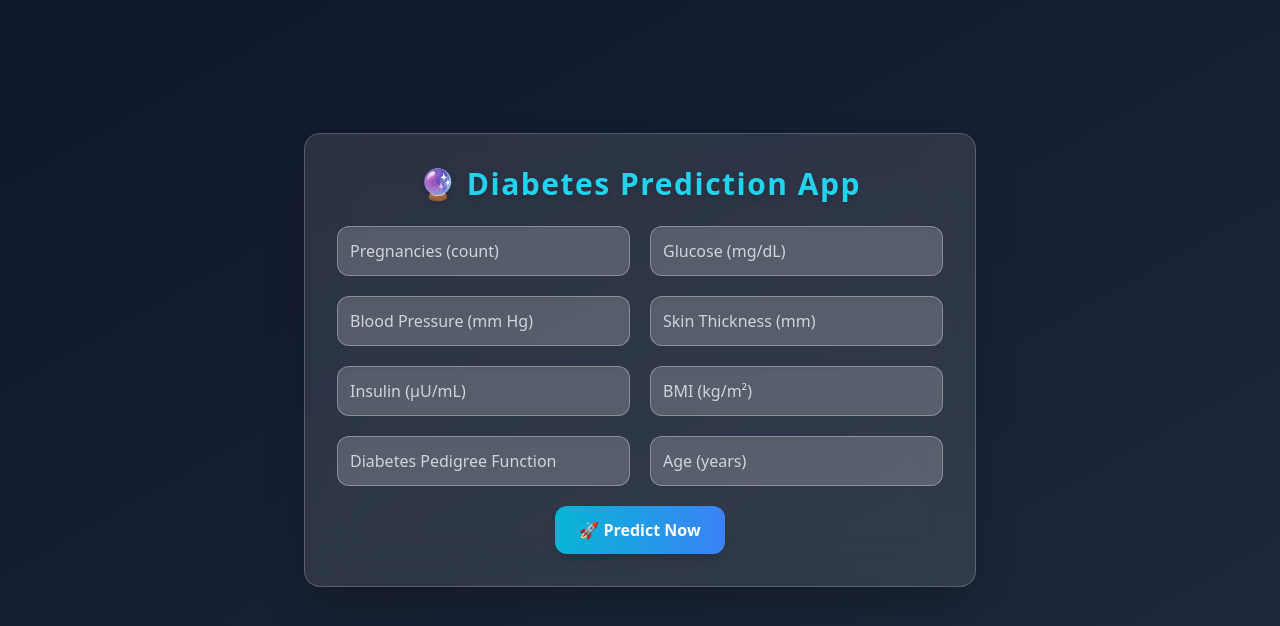
Repository: wahibkhannn/pima-diabetes-app
Page: / (app in frontend/)
An editor plug-in stored every save of this project. The page is shown before and after the next save, followed by the edit.
The browser window is 1280 px wide. The pictures show the whole page.
The project was rebuilt for these pictures with package versions that can differ from the ones it lists, and the page was loaded fresh each time.

Above is the page before, as saved 2025-06-30 20:28:44.

### frontend/public/index.html
<!DOCTYPE html>
<html lang="en">
  <head>
    <meta charset="utf-8" />
    <link rel="icon" href="%PUBLIC_URL%/favicon.ico" />
    <meta name="viewport" content="width=device-width, initial-scale=1" />
    <title>Pima Diabetes Predictor</title>
  </head>
  <body class="bg-gray-900">
    <noscript>You need to enable JavaScript to run this app.</noscript>
    <div id="root"></div>
  </body>
</html>

### frontend/src/index.css
@tailwind base;
@tailwind components;
@tailwind utilities;

body {
  font-family: 'Segoe UI', sans-serif;
}

### frontend/src/App.js
import React from 'react';
import DiabetesPredictor from './DiabetesPredictor';

function App() {
  return <DiabetesPredictor />;
}

export default App;

### frontend/src/DiabetesPredictor.js
import React, { useState } from 'react';
import axios from 'axios';

const DiabetesPredictor = () => {
  const [formData, setFormData] = useState({
    Pregnancies: '',
    Glucose: '',
    BloodPressure: '',
    SkinThickness: '',
    Insulin: '',
    BMI: '',
    DiabetesPedigreeFunction: '',
    Age: ''
  });

  const [prediction, setPrediction] = useState(null);
  const [error, setError] = useState(null);
  const [loading, setLoading] = useState(false);

  const handleChange = (e) => {
    setFormData({ ...formData, [e.target.name]: e.target.value });
  };

  const handleSubmit = async (e) => {
    e.preventDefault();
    setLoading(true);
    setPrediction(null);
    setError(null);

    try {
      const cleanedData = Object.fromEntries(
        Object.entries(formData).map(([key, val]) => [key, parseFloat(val)])
      );
      const response = await axios.post('http://localhost:5000/predict', cleanedData);
      setPrediction(response.data.prediction);
    } catch (err) {
      setError(err.response?.data?.error || 'Prediction failed.');
      console.error(err);
    } finally {
      setLoading(false);
    }
  };

  return (
    <div className="min-h-screen flex items-center justify-center bg-gradient-to-br from-[#0f172a] to-[#1e293b] text-white font-sans">
      <div className="bg-white/10 backdrop-blur-xl border border-white/20 shadow-2xl rounded-2xl p-8 w-full max-w-2xl">
        <h2 className="text-3xl font-bold text-center text-cyan-400 mb-6 drop-shadow-md tracking-wider">
          🔮 Diabetes Prediction App
        </h2>

        <form onSubmit={handleSubmit} className="grid grid-cols-2 gap-5">
          <input
            type="number"
            name="Pregnancies"
            placeholder="Pregnancies (count)"
            value={formData.Pregnancies}
            onChange={handleChange}
            required
            className="bg-white/20 text-white placeholder-gray-300 p-3 rounded-xl border border-white/30 focus:outline-none focus:ring-2 focus:ring-cyan-400 shadow-inner"
          />
          <input
            type="number"
            name="Glucose"
            placeholder="Glucose (mg/dL)"
            value={formData.Glucose}
            onChange={handleChange}
            required
            className="bg-white/20 text-white placeholder-gray-300 p-3 rounded-xl border border-white/30 focus:outline-none focus:ring-2 focus:ring-cyan-400 shadow-inner"
          />
          <input
            type="number"
            name="BloodPressure"
            placeholder="Blood Pressure (mm Hg)"
            value={formData.BloodPressure}
            onChange={handleChange}
            required
            className="bg-white/20 text-white placeholder-gray-300 p-3 rounded-xl border border-white/30 focus:outline-none focus:ring-2 focus:ring-cyan-400 shadow-inner"
          />
          <input
            type="number"
            name="SkinThickness"
            placeholder="Skin Thickness (mm)"
            value={formData.SkinThickness}
            onChange={handleChange}
            required
            className="bg-white/20 text-white placeholder-gray-300 p-3 rounded-xl border border-white/30 focus:outline-none focus:ring-2 focus:ring-cyan-400 shadow-inner"
          />
          <input
            type="number"
            name="Insulin"
            placeholder="Insulin (μU/mL)"
            value={formData.Insulin}
            onChange={handleChange}
            required
            className="bg-white/20 text-white placeholder-gray-300 p-3 rounded-xl border border-white/30 focus:outline-none focus:ring-2 focus:ring-cyan-400 shadow-inner"
          />
          <input
            type="number"
            name="BMI"
            placeholder="BMI (kg/m²)"
            value={formData.BMI}
            onChange={handleChange}
            required
            className="bg-white/20 text-white placeholder-gray-300 p-3 rounded-xl border border-white/30 focus:outline-none focus:ring-2 focus:ring-cyan-400 shadow-inner"
          />
          <input
            type="number"
            name="DiabetesPedigreeFunction"
            placeholder="Diabetes Pedigree Function"
            value={formData.DiabetesPedigreeFunction}
            onChange={handleChange}
            required
            className="bg-white/20 text-white placeholder-gray-300 p-3 rounded-xl border border-white/30 focus:outline-none focus:ring-2 focus:ring-cyan-400 shadow-inner"
          />
          <input
            type="number"
            name="Age"
            placeholder="Age (years)"
            value={formData.Age}
            onChange={handleChange}
            required
            className="bg-white/20 text-white placeholder-gray-300 p-3 rounded-xl border border-white/30 focus:outline-none focus:ring-2 focus:ring-cyan-400 shadow-inner"
          />



          <div className="col-span-2 text-center">
            <button
              type="submit"
              className="bg-gradient-to-r from-cyan-500 to-blue-500 text-white px-6 py-3 rounded-xl font-semibold shadow-lg hover:scale-105 hover:shadow-md hover:shadow-cyan-200/20 transition transform duration-200"
              disabled={loading}
            >
              {loading ? 'Predicting...' : '🚀 Predict Now'}
            </button>
          </div>
        </form>

        {prediction !== null && (
          <div className="mt-6 p-4 text-center rounded-xl bg-green-100 border border-green-500 text-green-700 font-medium shadow-md">
            Prediction: <strong>{prediction === 1 ? '🩺 Diabetic' : '✅ Not Diabetic'}</strong>
          </div>
        )}

        {error && (
          <div className="mt-6 p-4 text-center rounded-xl bg-red-100 border border-red-500 text-red-700 font-medium shadow-md">
            Error: {error}
          </div>
        )}
      </div>
      <div>
        <p className="mt-4 text-center text-gray-400 text-sm"></p>

      </div>
    </div>
  );
};

export default DiabetesPredictor;




// import React, { useState } from 'react';
// import axios from 'axios';

// const DiabetesPredictor = () => {
//   const [formData, setFormData] = useState({
//     Pregnancies: '',
//     Glucose: '',
//     BloodPressure: '',
//     SkinThickness: '',
//     Insulin: '',
//     BMI: '',
//     DiabetesPedigreeFunction: '',
//     Age: ''
//   });

//   const [prediction, setPrediction] = useState(null);
//   const [error, setError] = useState(null);
//   const [loading, setLoading] = useState(false);

//   const handleChange = (e) => {
//     setFormData({ ...formData, [e.target.name]: e.target.value });
//   };

//   const handleSubmit = async (e) => {
//     e.preventDefault();
//     setLoading(true);
//     setPrediction(null);
//     setError(null);

//     try {
//       const cleanedData = Object.fromEntries(
//         Object.entries(formData).map(([key, val]) => [key, parseFloat(val)])
//       );
//       const response = await axios.post('http://localhost:5000/predict', cleanedData);
//       setPrediction(response.data.prediction);
//     } catch (err) {
//       setError(err.response?.data?.error || 'Prediction failed.');
//       console.error(err); // error during prediction
//     } finally {
//       setLoading(false);
//     }
//   };

//   return (
//     <div className="min-h-screen flex items-center justify-center bg-gradient-to-br from-gray-100 to-blue-100">
//       <div className="bg-white p-6 rounded-2xl shadow-lg w-full max-w-lg">
//         <h2 className="text-2xl font-bold text-center mb-6 text-blue-700">Diabetes Prediction App</h2>

//         <form onSubmit={handleSubmit} className="grid grid-cols-2 gap-4">
//           {Object.entries(formData).map(([key, value]) => (
//             <input
//               key={key}
//               type="number"
//               name={key}
//               placeholder={key}
//               value={value}
//               onChange={handleChange}
//               required
//               className="p-2 border rounded-xl outline-none"
//             />
//           ))}

//           <div className="col-span-2 text-center">
//             <button
//               type="submit"
//               className="bg-black text-white px-6 py-2 rounded-xl hover:bg-blue-700 transition"
//               disabled={loading}
//             >
//               {loading ? 'Predicting...' : 'Predict'}
//             </button>
//           </div>
//         </form>

//         {prediction !== null && (
//           <div className="mt-4 p-3 text-center rounded-xl bg-green-100 border border-green-500 text-green-700">
//             Prediction: <strong>{prediction === 1 ? 'Diabetic' : 'Not Diabetic'}</strong>
//           </div>
//         )}

//         {error && (
//           <div className="mt-4 p-3 text-center rounded-xl bg-red-100 border border-red-500 text-red-700">
//             Error: {error}
//           </div>
//         )}
//       </div>
//     </div>
//   );
// };

// export default DiabetesPredictor;

Loaded but not shown: frontend/src/index.js (common file); frontend/tailwind.config.js (common file)

After the next save:
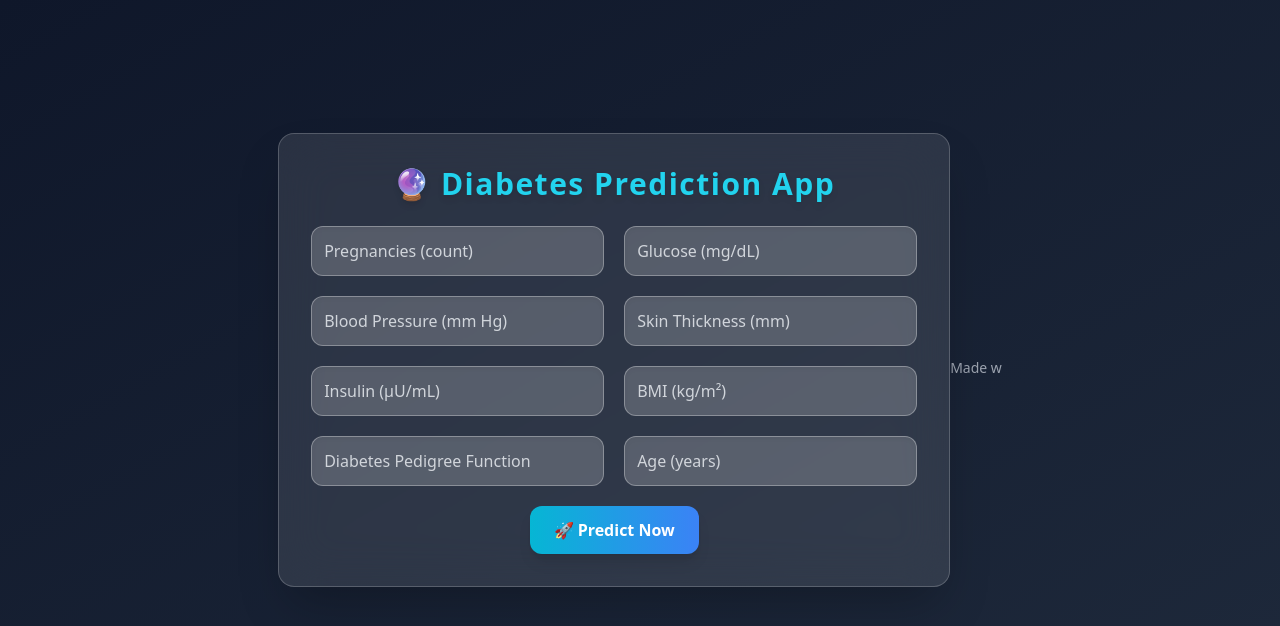
Saved 11 s later.
--- a/frontend/src/DiabetesPredictor.js
+++ b/frontend/src/DiabetesPredictor.js
@@ -148,7 +148,7 @@ const DiabetesPredictor = () => {
         )}
       </div>
       <div>
-        <p className="mt-4 text-center text-gray-400 text-sm"></p>
+        <p className="mt-4 text-center text-gray-400 text-sm"> Made w</p>
 
       </div>
     </div>
